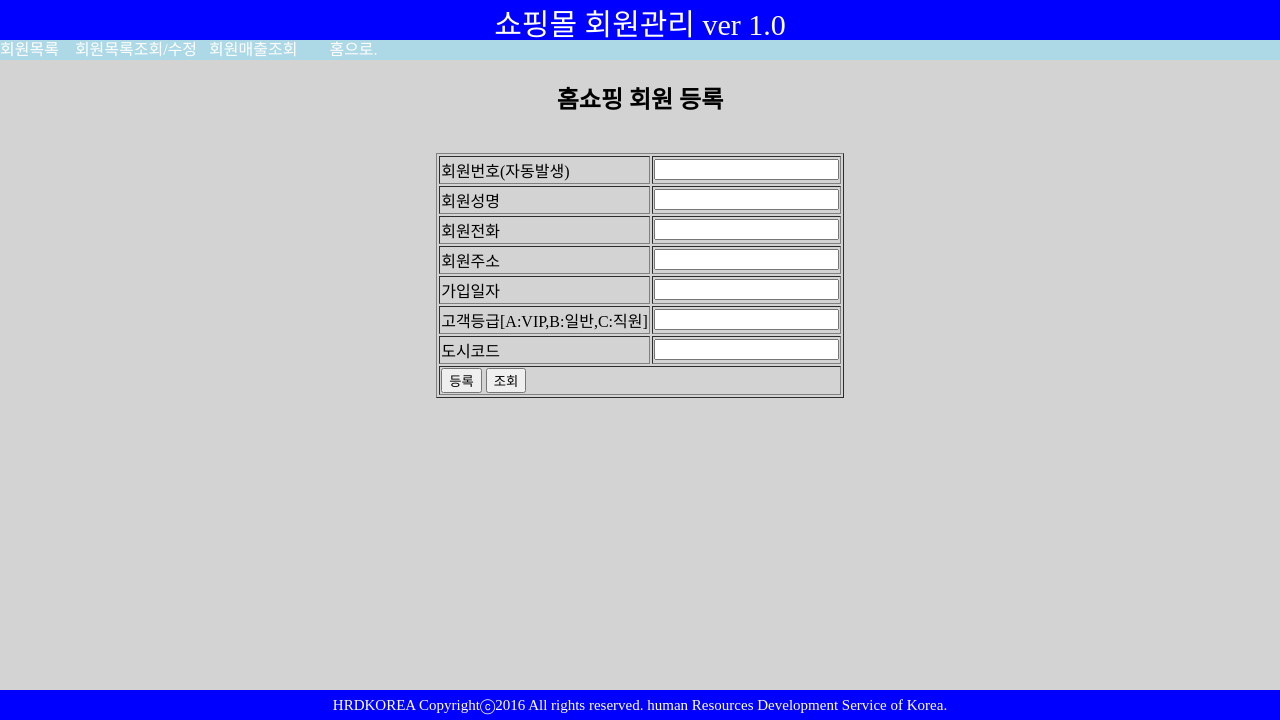
Repository: RnfElwl/youtube_infoT
Page: http://localhost/HRD_30812/join.jsp
An editor plug-in stored every save of this project. The page is shown before and after the next save, followed by the edit.
The browser window is 1280 px wide. The pictures show the whole page.
The page is served by Tomcat 9. Other server files are loaded and not shown.

Above is the page before, as saved 2022-03-12 09:52:53.

### HRD_30812/src/main/webapp/join.jsp
<%@ page language="java" contentType="text/html; charset=UTF-8"
    pageEncoding="UTF-8"%>
<!DOCTYPE html>
<html>
<head>
<meta charset="UTF-8">
<title>join</title>
</head>
<body style="margin:0; padding:0">
<jsp:include page="header.jsp"></jsp:include>
	<section style="position:fixed; top:60px; width:100%; height:100%; background-color:lightgray ">
	 <h2 style="text-align:center">홈쇼핑 회원 등록</h2><br>
	 <form name="frm" style="display:flex; justify-content: center; align-items: center;">
	 <table style="display:flex; justify-content:center" border="1">
	 <tr>
	 	<td>회원번호(자동발생)</td>
	 	<td><input type="text" name="custnum" readonly></td>
	 </tr>
	 <tr>
	 	<td>회원성명</td>
	 	<td><input type="text" name="custname"></td>
	 </tr>
	 <tr>
	 	<td>회원전화</td>
	 	<td><input type="text" name="phone"></td>
	 </tr>
	 <tr>
	 	<td>회원주소</td>
	 	<td><input type="text" name="address"></td>
	 </tr>
	 <tr>
	 	<td>가입일자</td>
	 	<td><input type="text" name="joindate"></td>
	 </tr>
	 <tr>
	 	<td>고객등급[A:VIP,B:일반,C:직원]</td>
	 	<td><input type="text" name="grade"></td>
	 </tr>
	 <tr>
	 	<td>도시코드</td>
	 	<td><input type="text" name="city"></td>
	 </tr>
	 <tr>
	 	<td colspan="2">
	 		<input type="submit" value="등록" onclick="return joinCheck()">
	 		<input type="button" value="조회" onclick="return joinCheck()">
	 	</td>
	 </tr>
	 </table>
	 </form>
	 </section>
	 <jsp:include page="footer.jsp"></jsp:include>

</body>
<script type="text/javascript" src="check.js"></script>
</html>

### HRD_30812/src/main/webapp/header.jsp
<%@ page language="java" contentType="text/html; charset=UTF-8"
    pageEncoding="UTF-8"%>
<!DOCTYPE html>
<html>
<head>
<meta charset="UTF-8">
<title>header</title>
</head>
<body>
<header style="position:fixed; top:0px; width:100%; height:40px;
	background-color:blue; color:white; font-size:30px; text-align:center;
	 line-height:40px '"> 쇼핑몰 회원관리 ver 1.0</header>
	 <nav style="position:fixed; top:40px; width:100%; height:20px;
	background-color:lightblue; color:white; line-height:20px ">
	회원목록 &nbsp;&nbsp; 회원목록조회/수정 &nbsp;&nbsp;회원매출조회 &nbsp; &nbsp; &nbsp; &nbsp;홈으로.</nav>
</body>
</html>

### HRD_30812/src/main/webapp/footer.jsp
<%@ page language="java" contentType="text/html; charset=UTF-8"
    pageEncoding="UTF-8"%>
<!DOCTYPE html>
<html>
<head>
<meta charset="UTF-8">
<title>footer</title>
</head>
<body>
	<footer style="position:fixed; bottom:0px; width:100%; height:30px;
	background-color:blue; color:white; text-align:center; line-height:30px; font-size:15px ">
	 HRDKOREA Copyrightⓒ2016 All rights reserved. human Resources Development Service of Korea.
	 </footer>
</body>
</html>

### HRD_30812/src/main/webapp/check.js
function joinCheck(){

	if(document.frm.custname.value.length == 0){
		alert("회원성명이 입력되지 않았습니다.");
		frm.custname.focus();
		return false;
	}
	if(document.frm.phone.value.length == 0){
		alert("회원전화가 입력되지 않았습니다.");
		frm.phone.focus();
		return false;
	}
	if(document.frm.address.value.length == 0){
		alert("회원주소가 입력되지 않았습니다.");
		frm.address.focus();
		return false;
	}
	if(document.frm.joindate.value.length == 0){
		alert("가입일자가 입력되지 않았습니다.");
		frm.joindate.focus();
		return false;
	}
	if(document.frm.grade.value.length == 0){
		alert("고객등급이 입력되지 않았습니다.");
		frm.grade.focus();
		return false;
	}
	if(document.frm.city.value.length == 0){
		alert("도시코드가 입력되지 않았습니다.");
		frm.city.focus();
		return false;
	}
	return true;
}

function success(){
	alert("회원등록이 완료 되었습니다.");
}

After the next save:
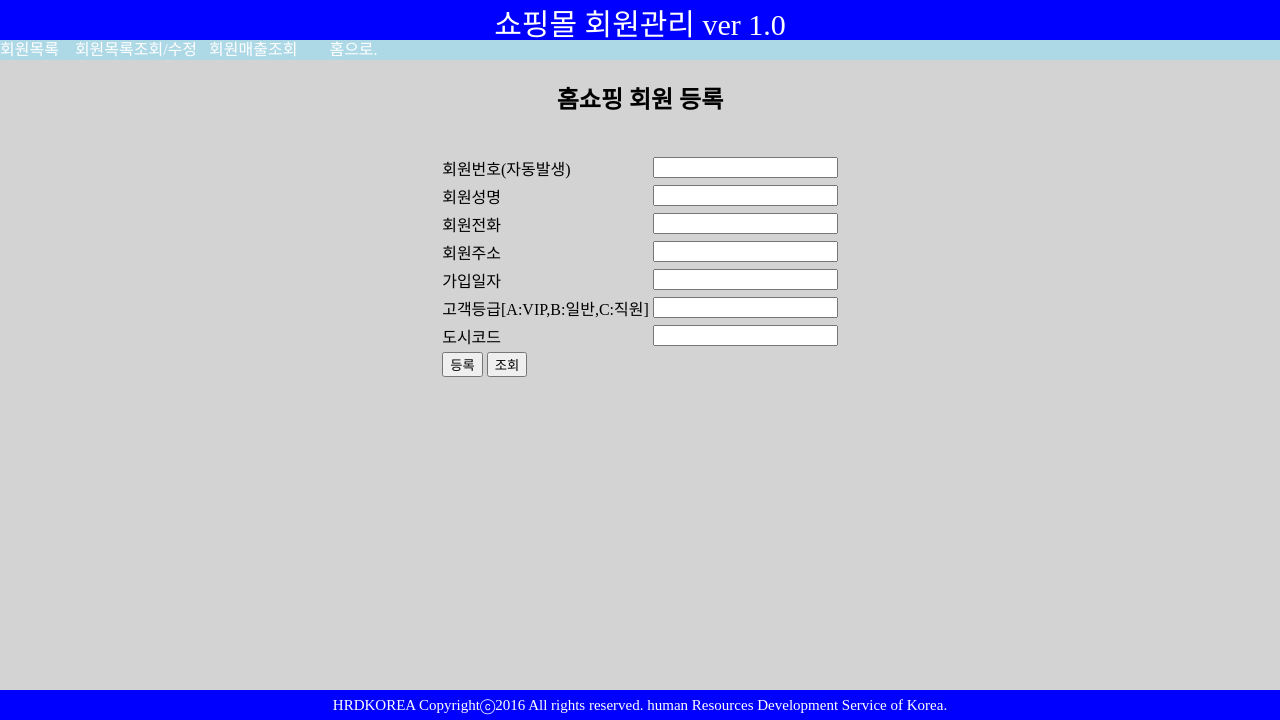
Saved 33 s later.
--- a/HRD_30812/src/main/webapp/join.jsp
+++ b/HRD_30812/src/main/webapp/join.jsp
@@ -11,7 +11,7 @@
 	<section style="position:fixed; top:60px; width:100%; height:100%; background-color:lightgray ">
 	 <h2 style="text-align:center">홈쇼핑 회원 등록</h2><br>
 	 <form name="frm" style="display:flex; justify-content: center; align-items: center;">
-	 <table style="display:flex; justify-content:center" border="1">
+	 <table style="border="1">
 	 <tr>
 	 	<td>회원번호(자동발생)</td>
 	 	<td><input type="text" name="custnum" readonly></td>
